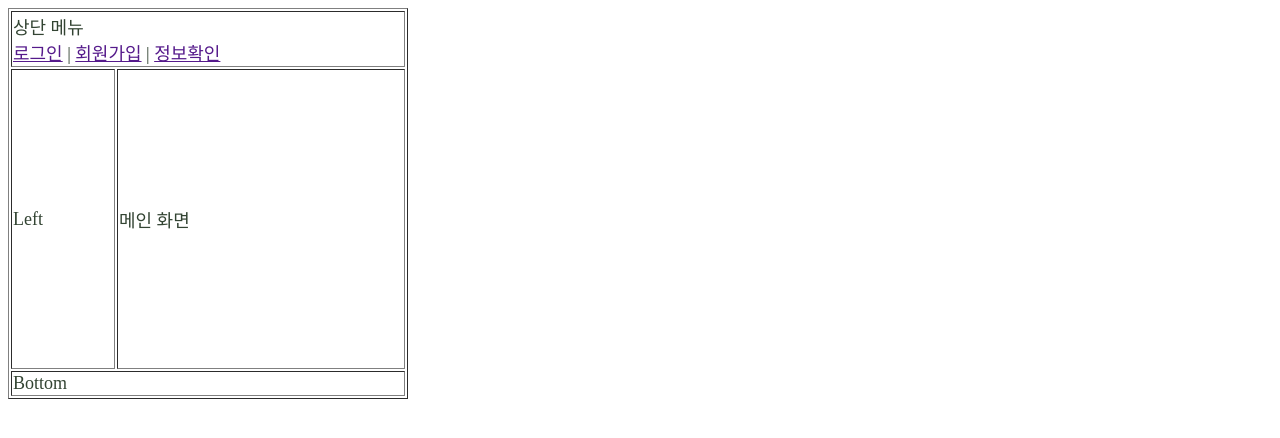
Repository: hyyrim/WebStudy
Page: http://localhost/WebApp19/Main.jsp
An editor plug-in stored every save of this project. The page is shown before and after the next save, followed by the edit.
The browser window is 1280 px wide. The pictures show the whole page.
The page is served by Tomcat 9. Other server files are loaded and not shown.

Above is the page before, as saved 2021-05-20 07:39:42.

### WebApp19/WebContent/Main.jsp
<%@ page contentType="text/html; charset=UTF-8"%>
<!DOCTYPE html>
<html>
<head>
<meta charset="UTF-8">
<title>Main.jsp</title>
<link rel="stylesheet" type="text/css" href="css/main.css">

</head>
<body style="font-size: 9pt;">

<div>
	<table style="width: 400px;" border="1">
		<tr>
			<td colspan="2">
				<!-- Top -->
				<jsp:include page="Top.jsp" flush="false"></jsp:include>
			</td>
		</tr>
		<tr style="height: 300px;">
			<td style="width: 100px;">
				Left
			</td>
			<td>
				메인 화면
			</td>
		</tr>
		<tr>
			<td colspan="2">
				Bottom
			</td>
		</tr>
	</table>
</div>

</body>
</html>

### WebApp19/WebContent/Top.jsp
<%@ page contentType="text/html; charset=UTF-8"%>
<!DOCTYPE html>
<html>
<head>
<meta charset="UTF-8">
<title>Top.jsp</title>
</head>
<body>

상단 메뉴<br>
<a href="">로그인</a> | <a href="">회원가입</a> | <a href="">정보확인</a>


</body>
</html>

### WebApp19/WebContent/css/main.css
@charset "UTF-8";

body, p, div, span, input, table, th, td, select
{
	font-size: 18px;
	font-family: 맑은 고딕;
	color: #343;


}

.control
{
	border: 1px solid gray;
	border-radius: 3px;
}

.table
{
	border-collapse: collapse;
	width: 100%;
}


.table th, .table td
{
	border: 1px solid gray;
	border-left: 0px;
	border-right: 0px;
	padding: 3px;
	line-height: 150%;
}

.table th
{
	font-weight: bold;
	background-color: #EEE;
}


.btn
{
	font-weight: bold;
}

.btn:hover
{
	color: orange;
	background-color: #778877;
}

### WebApp19/WebContent/Left.jsp
<%@ page contentType="text/html; charset=UTF-8"%>
<!DOCTYPE html>
<html>
<head>
<meta charset="UTF-8">
<title>Left.jsp</title>
</head>
<body>

좌측 메뉴<br>
<ul>
	<li><a href="">게시판</a></li>
	<li><a href="">방명록</a></li>
	<li><a href="">일정관리</a></li>
</ul>

</body>
</html>

After the next save:
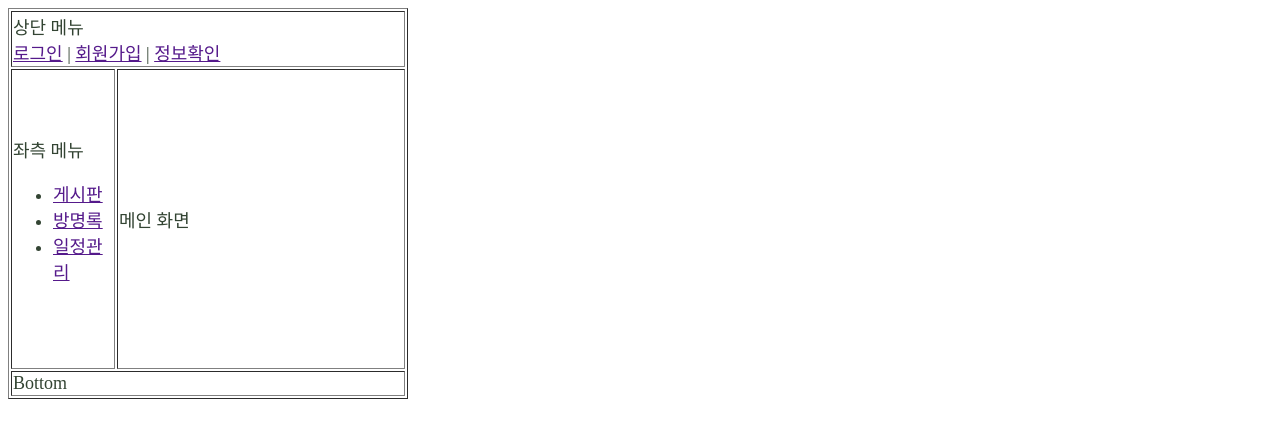
Saved 38 s later.
--- a/WebApp19/WebContent/Main.jsp
+++ b/WebApp19/WebContent/Main.jsp
@@ -19,7 +19,8 @@
 		</tr>
 		<tr style="height: 300px;">
 			<td style="width: 100px;">
-				Left
+				<!-- Left -->
+				<jsp:include page="Left.jsp" flush="false"></jsp:include>
 			</td>
 			<td>
 				메인 화면
